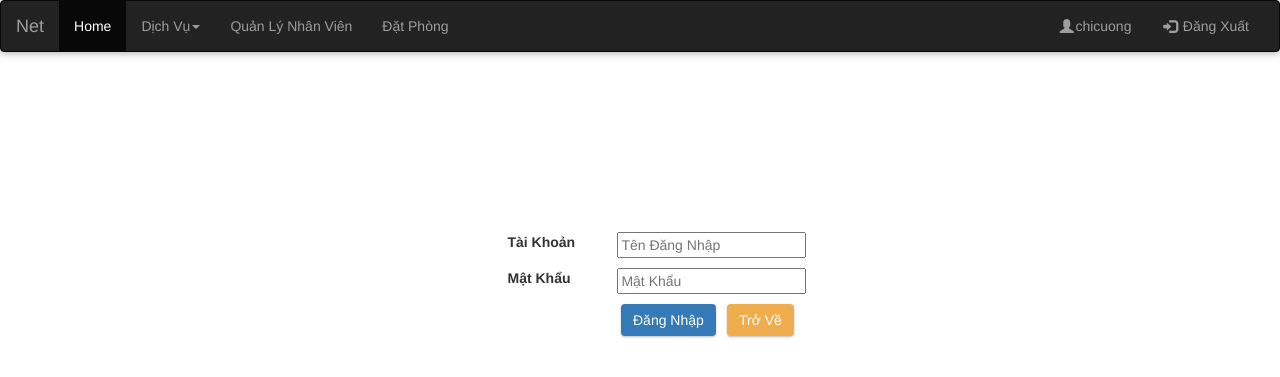
Repository: chickenoken/LuanAn
Page: http://localhost/net/login
These files come from the project's save history. The page is drawn as it stood at one moment and after the next save; the edit follows.
The browser window is 1280 px wide. The pictures show the whole page.
Some web libraries are served in a nearby version. The page is served by Tomcat 9. Other server files are loaded and not shown.

Above is the page before, as saved 2019-06-17 10:56:21.

### net/src/main/webapp/WEB-INF/pages/Login.jsp
<%@ page language="java" contentType="text/html; charset=UTF-8" pageEncoding="UTF-8"%>
<%@taglib prefix="c" uri="http://java.sun.com/jsp/jstl/core" %>
<!DOCTYPE html>
<html>
<script src="https://ajax.googleapis.com/ajax/libs/angularjs/1.7.8/angular.min.js"></script>
<script type="text/javascript" src="<c:url value="/resources/js/login.js" />"></script>
<style>
div.hidden
{
   display: none
}

</style>
   <head>
      <title>Login-Net</title>
      <%@include file="/WEB-INF/views/Header.jsp"%>
  </head>
   <body>
   <div style="height : 445px; width : 90%">
     <div id="page" class="hidden">
	     <div id="login" ng-app="myApp" ng-controller="myCtrl">
	       <div class="row" style="padding-top : 160px;">
	         <div class="col-md-offset-4 col-md-6" ng-if="model.hidden.isShow">
             <div class="alert alert-danger text-center">
               <strong>Lỗi !</strong> Sai tên đăng nhập hoặc mật khẩu
             </div>
           </div>
	         <div clas="form-group col-xs-5 col-md-7 col-lg-9 vcenter" >
	           <div class="col-md-offset-5 col-md-7">
	             <div class="col-md-2"><label>Tài Khoản</label></div>
	             <div class="col-md-10"><input type="text" ng-model="model.form.login.taiKhoan" placeholder="Tên Đăng Nhập" ></div>
	           </div>
	           <div class="col-md-offset-5 col-md-7 p-t-10">
	             <div class="col-md-2"><label>Mật Khẩu</label></div>
	             <div class="col-md-10"><input type="password" ng-model="model.form.login.matKhau" placeholder="Mật Khẩu" ></div>
	           </div>
	         </div>
	         <div class="form-group col-md-offset-6 col-md-6 p-t-10 p-l-30">
	           <div class="col-md-2">
	             <button class="btn btn-primary" ng-click="dangNhap()">Đăng Nhập</button>
	           </div>
	           <div class="col-md-3 p-l-30">
	             <button class="btn btn-warning" ng-click="troVe()">Trở Về</button>
	           </div>
	         </div>
	       </div>
	     </div>
     </div>
     </div>
   </body>
   <script type="text/javascript" src="<c:url value="/resources/jsLib/StringUtils.js" />"></script>
   <script type="text/javascript">
	   $(document).ready(function() {
	       $("div#page").removeClass("hidden");
	       angular.bootstrap(document.getElementById("login"), ['myApp']);
	   });
   </script>
</html>

### net/src/main/webapp/WEB-INF/views/Header.jsp
<link href="<c:url value="/resources/css/layout/my-styles.css" />" rel="stylesheet" type="text/css">
<link href="<c:url value="/resources/css/layout/blue.css" />" rel="stylesheet" type="text/css">
<link href="<c:url value="/resources/css/layout/components-md.css" />" rel="stylesheet" type="text/css">
<link href="<c:url value="/resources/css/layout/exexlayout.css" />" rel="stylesheet" type="text/css">
<link href="<c:url value="/resources/css/layout/materialize-icon.css" />" rel="stylesheet" type="text/css">
<link href="<c:url value="/resources/css/layout/plugins-md.css" />" rel="stylesheet" type="text/css">
<link href="<c:url value="/resources/css/layout/vi.css" />" rel="stylesheet" type="text/css">
<link href="<c:url value="/resources/css/layout/vendors.css" />" rel="stylesheet" type="text/css">
<link href="<c:url value="/resources/css/layout/new-style.css" />" rel="stylesheet" type="text/css">
<link href="<c:url value="/resources/css/layout/sms-bootstrap.css" />" rel="stylesheet" type="text/css">

<script type="text/javascript" src="<c:url value="/resources/jsLib/jquery-3.4.0.min.js" />"></script>
<script type="text/javascript" src="<c:url value="/resources/jsLib/ui-bootstrap-tpls-2.5.0.min.js" />"></script>
<script type="text/javascript" src="<c:url value="/resources/jsLib/ui-bootstrap-tpls-2.5.0.min.js" />"></script>
<script type="text/javascript" src="<c:url value="/resources/js/header.js" />"></script>
<%@ page language="java" contentType="text/html; charset=UTF-8" pageEncoding="UTF-8"%>
<head>
  <meta charset="utf-8">
  <meta name="viewport" content="width=device-width, initial-scale=1">
</head>
<style>
div.hidden
{
   display: none
}
</style>
<body>
<div ng-app="headerApp" ng-controller="headerCtrl" id="page" class="hidden">
	<nav class="navbar navbar-inverse">
	  <div class="container-fluid">
	    <div class="navbar-header">
	      <button type="button" class="navbar-toggle" data-toggle="collapse" data-target="#myNavbar">
	        <span class="icon-bar"></span>
	        <span class="icon-bar"></span>
	        <span class="icon-bar"></span>
	      </button>
	      <a class="navbar-brand" href="#">Net</a>
	    </div>
	    <div class="collapse navbar-collapse" id="myNavbar">
	      <ul class="nav navbar-nav">
	        <li class="active"><a href="trangChu">Home</a></li>
	        <li class="dropdown">
	          <a href="#">Dịch Vụ<span class="caret"></span></a>
	        </li>
	        <li ng-if="model.hidden.isAdmin"><a href="quanLyNhanVien">Quản Lý Nhân Viên</a></li>
	        <li ng-if="model.hidden.isAdmin"><a href="#">Đặt Phòng</a></li>
	      </ul>
	      <ul class="nav navbar-nav navbar-right">
	        <li ng-if="!model.hidden.isSign"><a href="#"><span class="glyphicon glyphicon-user"></span>Đăng Ký</a></li>
          <li ng-if="model.hidden.isSign"><a href="#"><span class="glyphicon glyphicon-user"></span>{{model.form.header.loginId}}</a></li>
	        <li ng-if="!model.hidden.isSign"><a href="login"><span class="glyphicon glyphicon-log-in"></span>Đăng Nhập</a></li>
	        <li ng-if="model.hidden.isSign"><a href="login"><span class="glyphicon glyphicon-log-in"></span> Đăng Xuất</a></li>
	      </ul>
	    </div>
	  </div>
	</nav>
</div>
   <script type="text/javascript">
     $(document).ready(function() {
         $("div#page").removeClass("hidden");
     });
   </script>

### net/src/main/java/org/planning/net/dto/LoginDto.java
package org.planning.net.dto;

import lombok.Getter;
import lombok.Setter;

@Getter
@Setter
public class LoginDto {

    private String maNhanVien;

    private String tenNhanVien;

    private String taiKhoan;

    private String matKhau;

	public String getTaiKhoan() {
        return taiKhoan;
    }

    public void setTaiKhoan(String taiKhoan) {
        this.taiKhoan = taiKhoan;
    }

    public String getMatKhau() {
        return matKhau;
    }

    public void setMatKhau(String matKhau) {
        this.matKhau = matKhau;
    }

    public String getMaNhanVien() {
		return maNhanVien;
	}

	public void setMaNhanVien(String maNhanVien) {
		this.maNhanVien = maNhanVien;
	}

	public String getTenNhanVien() {
		return tenNhanVien;
	}

	public void setTenNhanVien(String tenNhanVien) {
		this.tenNhanVien = tenNhanVien;
	}
}

### net/src/main/webapp/resources/css/layout/vi.css
body, h1, h2, h3, h4, h5, h6 {
  font-family: Tahoma,"Helvetica Neue",Helvetica,Arial,sans-serif;
}

.badge, .btn, .dashboard-stat .more, .dashboard-stat2 .display .number small, .dashboard-stat2 .progress-info .status, .dropdown-menu-v2>li>a, .icon-btn>div, .label, .table.table-light>thead>tr.uppercase, .widget-tab .nav-tabs>li>a {
  text-transform: none;
}

button, input, select, textarea, .dropdown-menu {
  font-family: Tahoma,"Helvetica Neue",Helvetica,Arial,sans-serif;
}

button[ng-click*="checkPostNumber"]{
  display: none;
}

.page-header.navbar .hor-menu .navbar-nav>li.mega-menu-dropdown>.dropdown-menu .mega-menu-content .mega-menu-submenu li>a{
  font-family: Tahoma,"Helvetica Neue",Helvetica,Arial,sans-serif;
}

.label, .table.table-light>thead>tr>th {
    font-family: Tahoma,"Helvetica Neue",Helvetica,Arial,sans-serif;
}

Loaded but not shown: net/src/main/webapp/resources/css/layout/my-styles.css (library); net/src/main/webapp/resources/css/layout/components-md.css (library); net/src/main/webapp/resources/css/layout/materialize-icon.css (library); net/src/main/webapp/resources/css/layout/vendors.css (library); net/src/main/webapp/resources/jsLib/jquery-3.4.0.min.js (library); net/src/main/webapp/resources/jsLib/ui-bootstrap-tpls-2.5.0.min.js (library); net/src/main/webapp/resources/jsLib/StringUtils.js (239 lines, source omitted); net/src/main/webapp/resources/js/login.js (54 lines, source omitted); net/src/main/webapp/resources/js/header.js (40 lines, source omitted); net/src/main/webapp/resources/css/layout/exexlayout.css (3119 lines, source omitted); net/src/main/webapp/resources/css/layout/blue.css (1120 lines, source omitted); net/src/main/webapp/resources/css/layout/plugins-md.css (1762 lines, source omitted); net/src/main/webapp/resources/css/layout/new-style.css (1150 lines, source omitted); net/src/main/webapp/resources/css/layout/sms-bootstrap.css (1024 lines, source omitted)

After the next save:
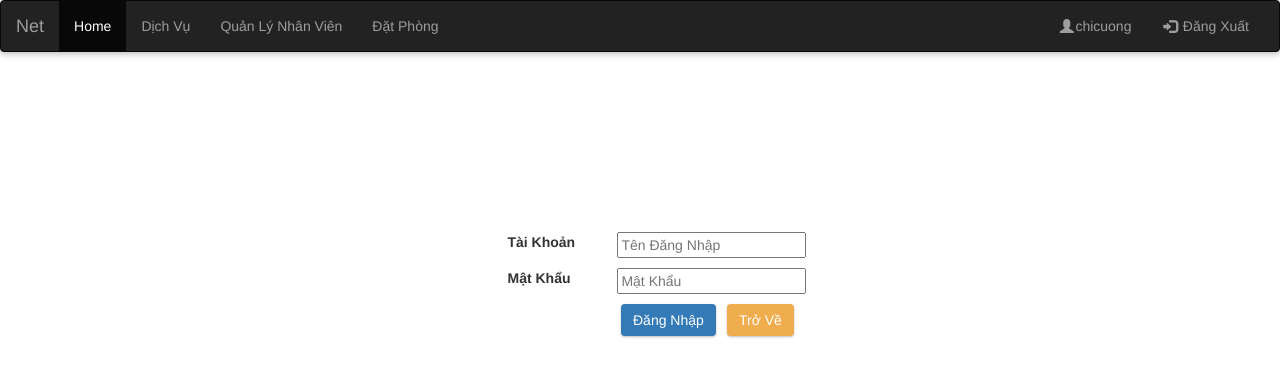
Saved 4 s later.
--- a/net/src/main/webapp/WEB-INF/views/Header.jsp
+++ b/net/src/main/webapp/WEB-INF/views/Header.jsp
@@ -40,7 +40,7 @@ div.hidden
 	      <ul class="nav navbar-nav">
 	        <li class="active"><a href="trangChu">Home</a></li>
 	        <li class="dropdown">
-	          <a href="#">Dịch Vụ<span class="caret"></span></a>
+	          <a href="#">Dịch Vụ</a>
 	        </li>
 	        <li ng-if="model.hidden.isAdmin"><a href="quanLyNhanVien">Quản Lý Nhân Viên</a></li>
 	        <li ng-if="model.hidden.isAdmin"><a href="#">Đặt Phòng</a></li>
